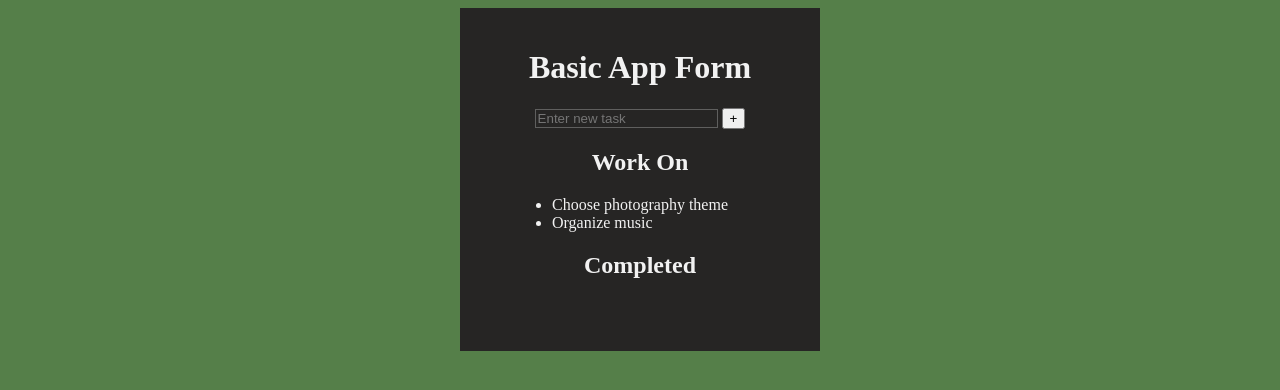
Repository: Kayla-amr/dgm_3760
Page: todoTemplate-W2/index.html
An editor plug-in stored every save of this project. The page is shown before and after the next save, followed by the edit.
The browser window is 1280 px wide. The pictures show the whole page.

Above is the page before, as saved 2022-10-17 17:08:13.

After the next save:
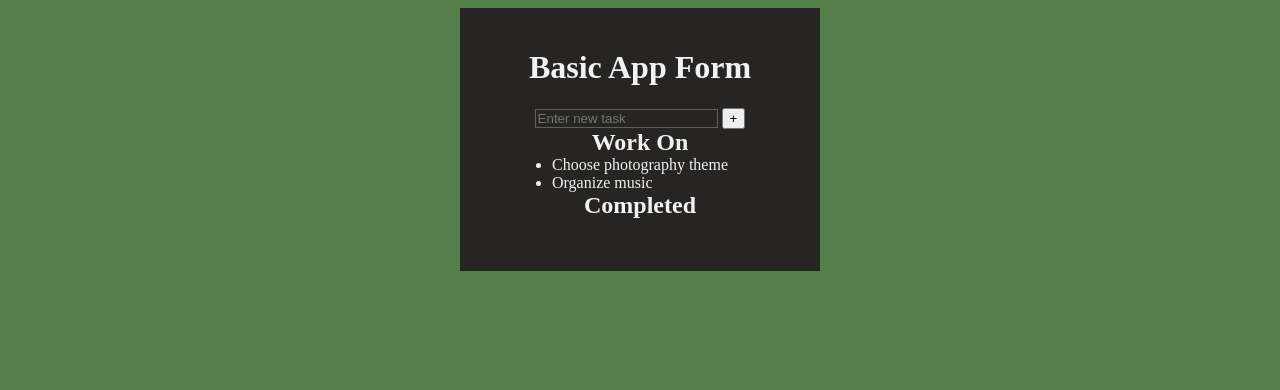
Saved 16 s later.
--- a/todoTemplate-W2/styles.css
+++ b/todoTemplate-W2/styles.css
@@ -16,6 +16,9 @@ main{
     justify-content: center;
     align-items: center;
 }
+h2{
+    margin: 0;
+}
 .todoTasks{
     margin: 0;
     padding: 0;
